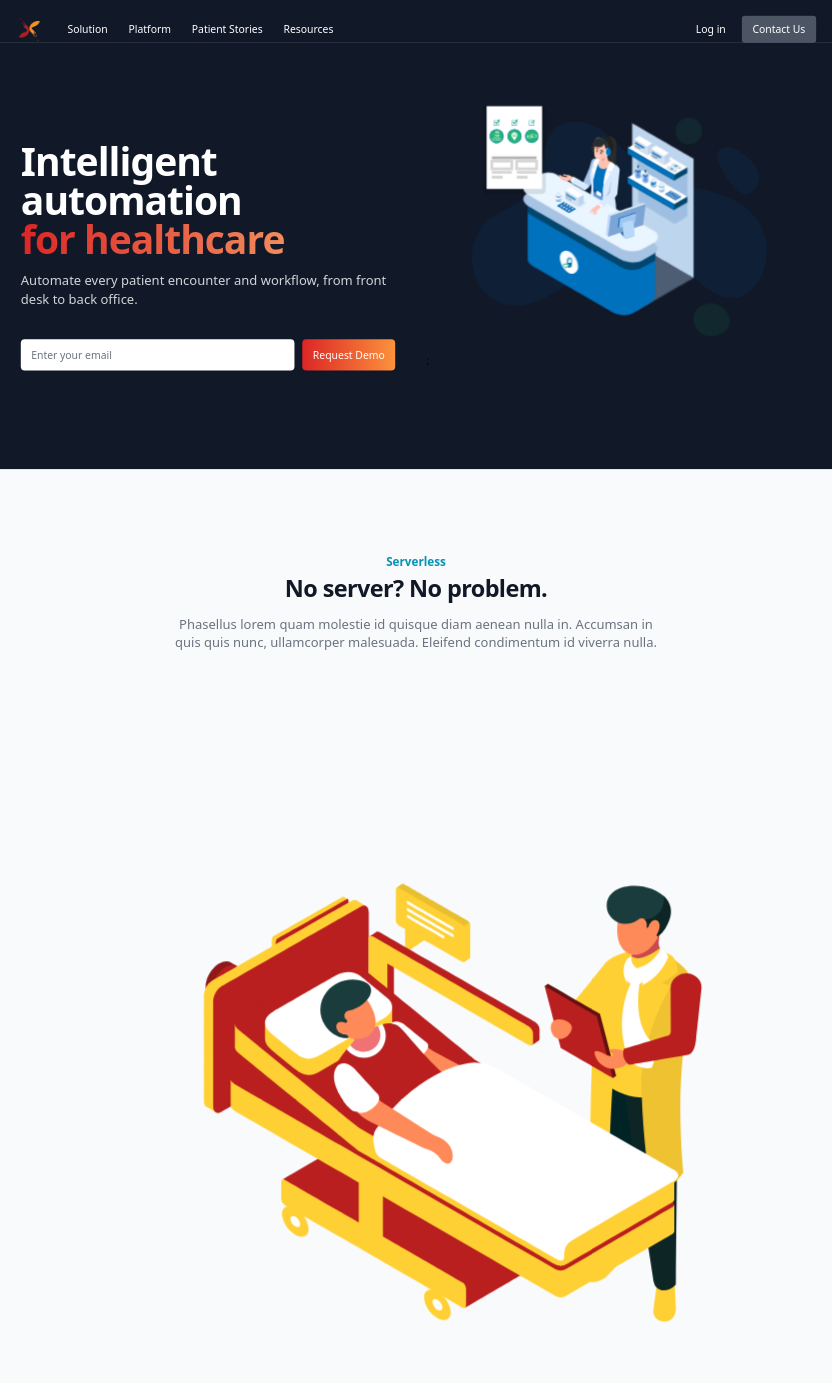
Repository: VinceBrun/medical-web3-app
Page: /
The author's editor kept a copy of each file at every save. The page is drawn from the files as they stood at one save, then again after the next save.
The browser window is 1280 px wide. The pictures show the whole page, at 65% of full size.
The project was rebuilt for these pictures with package versions that can differ from the ones it lists, and the page was loaded fresh each time. The framework's server and built-in components were replaced by stand-ins that run in the browser. Also part of the build but not shown: next.config.js, styles/Home.module.css.

Above is the page before, as saved 2023-01-12 16:35:53.

After the next save:
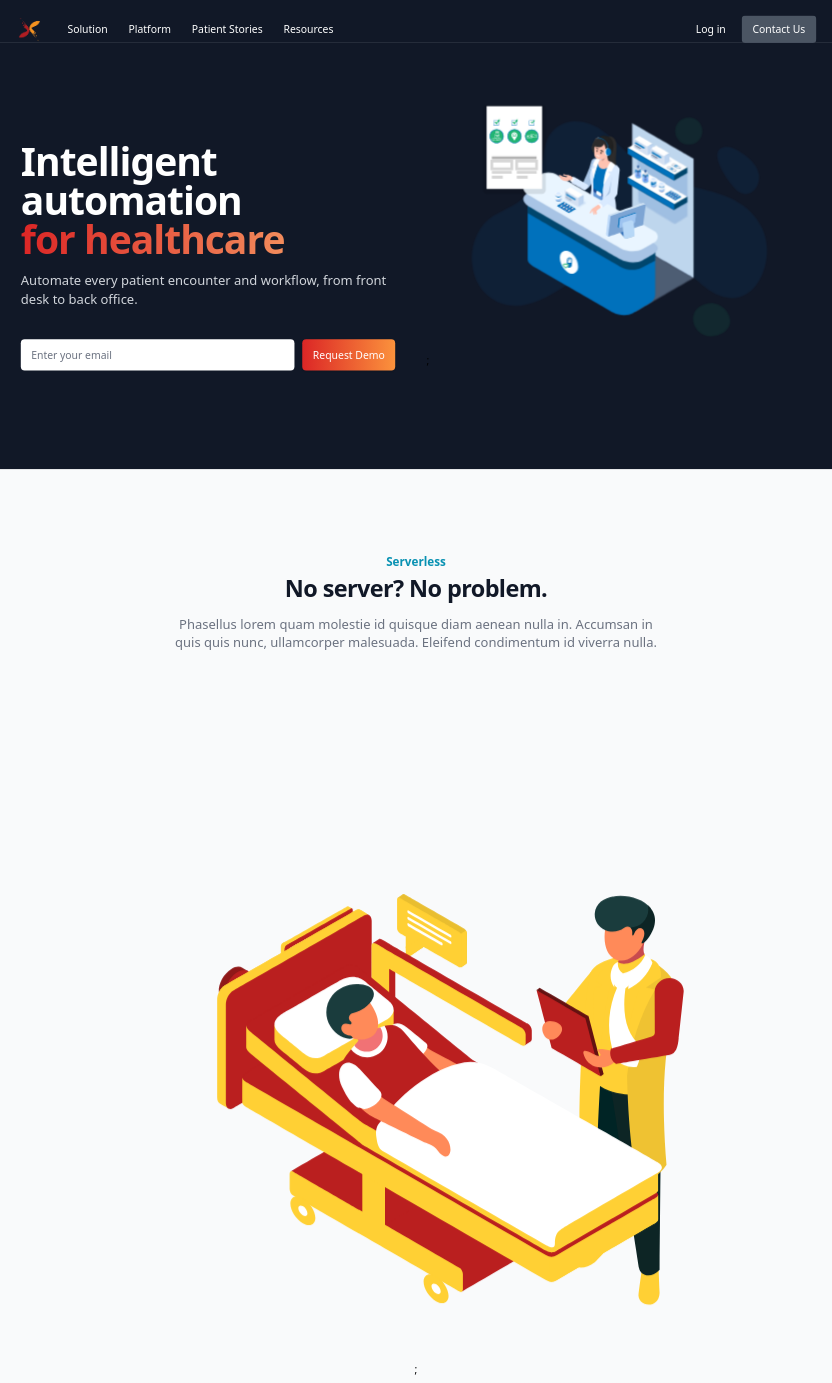
Saved 44 s later.
--- a/components/Landing.jsx
+++ b/components/Landing.jsx
@@ -408,7 +408,7 @@ export default function Landing() {
                   condimentum id viverra nulla.
                 </p>
               </div>
-              <div className="mt-1 p-24 -mb-10 sm:-mb-24 lg:-mb-80">
+              <div className="mt-1 p-32 -mb-10 sm:-mb-24 lg:-mb-80">
                 <Lottie animationData={medicalpatient} loop={true} />;
               </div>
             </div>
